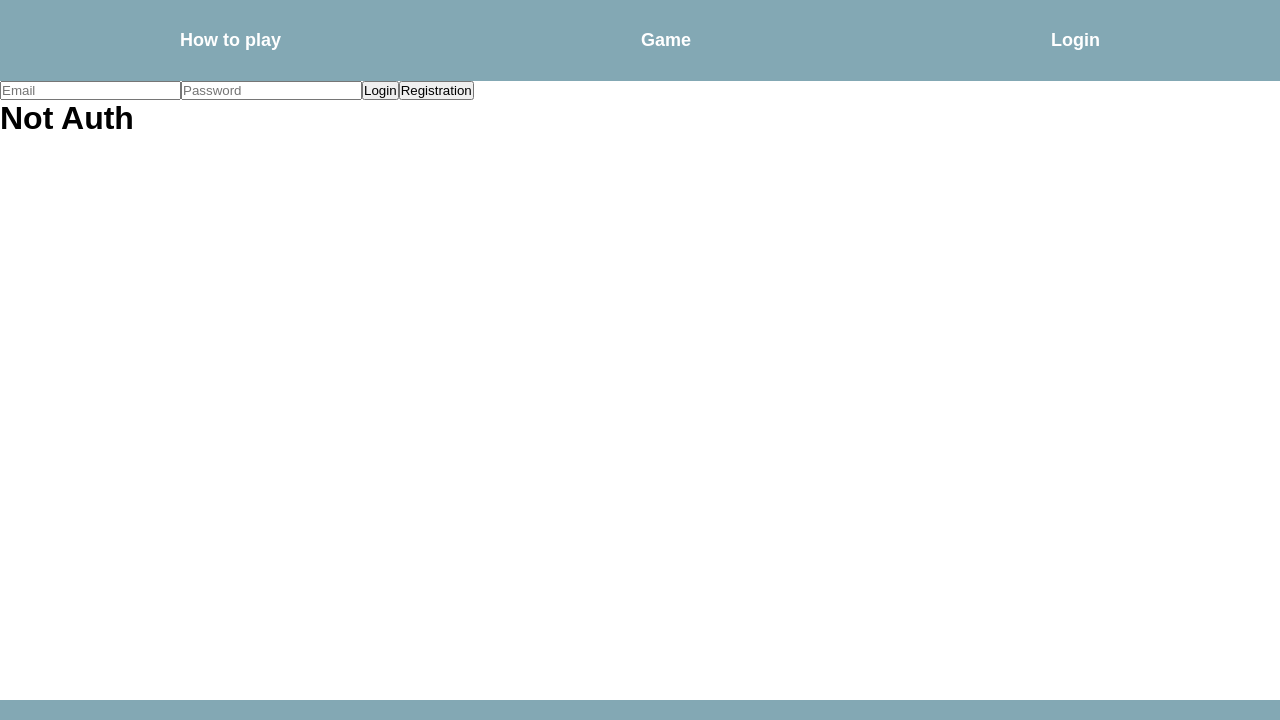
Repository: nika-otter/2048
Page: /login (app in client/)
The author's editor kept a copy of each file at every save. The page is drawn from the files as they stood at one save, then again after the next save.
The browser window is 1280 px wide. The pictures show the whole page.
The project was rebuilt for these pictures with package versions that can differ from the ones it lists, and the page was loaded fresh each time. Also part of the build but not shown: client/src/pages/account/index.jsx, client/src/components/GamePage/GamePage.module.scss, client/src/components/ScoreTable/ScoreTable.module.scss, client/src/components/ScoreTable/ScoreTable.jsx, client/src/components/Game/Tile.jsx, client/src/components/Game/Cell.jsx, client/src/helper/index.js, client/src/hooks/useEvent.jsx and 9 more.

Above is the page before, as saved 2023-04-30 17:52:48.

### client/src/index.js
import React from "react";
import ReactDOM from "react-dom/client";
import "./index.css";
import App from "./App";
import { BrowserRouter } from "react-router-dom";
import Store from "./store/store";

const store = new Store();

export const Context = React.createContext({
  store,
});

const root = ReactDOM.createRoot(document.getElementById("root"));
root.render(
  <Context.Provider value={{ store }}>
    <BrowserRouter>
      <App />
    </BrowserRouter>
  </Context.Provider>
);

### client/src/index.css
* {
  box-sizing: border-box;
  margin: 0;
  padding: 0;
}
#root {
  width: 100vw;
  height: 100%;
}

body {
  /* background-color: #ffffff;
  display: flex;
  justify-content: center;
  align-items: center;*/
  /* height: 100vh; */
  height: 100%;
}
html {
  height: 100%;
}
code {
  font-family: source-code-pro, Menlo, Monaco, Consolas, "Courier New",
    monospace;
}

### client/src/App.js
import { useContext, useEffect, useState } from "react";
import "./App.css";
import LoginForm from "./components/Login/LoginForm";
import AppRouter from "./router/AppRouter";
import { Context } from "./index";
import { observer } from "mobx-react-lite";
import UserService from "./services/UserService";
function App() {
  // const { store } = useContext(Context);
  // const [users, setUsers] = useState([]);
  // useEffect(() => {
  //   if (localStorage.getItem("token")) {
  //     // console.log(localStorage.getItem("token"));
  //     store.checkAuth();
  //   }
  // }, []);

  // if (store.isLoading) {
  //   return <div>Loading...</div>;
  // }
  // async function getUsers() {
  //   try {
  //     const response = await UserService.fetchUsers();
  //     setUsers(response.data);
  //     console.log(response);
  //     setUsers(response.data);
  //   } catch {}
  // }
  return (
    <div className="App">
      <AppRouter />
      {/* <h1>{store.isAuth ? `User: ${store.user.email}` : "Not Auth"}</h1>
      <h1>
        {" "}
        {store.user.isActivated ? `Activated` : "Go and activate your email"}
      </h1>
      <button onClick={() => store.logout()}>Logout</button>
      <button onClick={getUsers}>Get users</button>
      {users.map((user) => (
        <div key={user.email}>{user.email}</div>
      ))}      */}
      {/* <LoginForm /> */}
    </div>
  );
}

export default observer(App);

### client/src/store/store.js
import { makeAutoObservable } from "mobx";
import AuthService from "../services/AuthService";
import axios from "axios";
import { API_URL } from "../http";
import UserService from "../services/UserService";

export default class Store {
  user = {};
  isAuth = false;
  isLoading = false;
  scores = {};
  constructor() {
    makeAutoObservable(this);
  }
  setAuth(bool) {
    this.isAuth = bool;
  }
  setUser(user) {
    this.user = user;
  }

  setLoading(bool) {
    this.isLoading = bool;
  }

  setScores(scores) {
    this.scores = scores;
  }

  async login(email, password) {
    console.log("login");
    try {
      const response = await AuthService.login(email, password);
      console.log(response);
      localStorage.setItem("token", response.data.accessToken);
      this.setAuth(true);
      this.setUser(response.data.user);
      console.log(response.data.user);
    } catch (e) {
      console.log(e.response?.data?.message);
    }
  }

  async registration(email, password) {
    try {
      const response = await AuthService.registration(email, password);
      console.log(response);
      localStorage.setItem("token", response.data.accessToken);
      this.setAuth(true);
      this.setUser(response.data.user);
    } catch (e) {
      console.log(e.response?.data?.message);
    }
  }

  async logout() {
    try {
      const response = await AuthService.logout();
      console.log(response);
      localStorage.removeItem("token", response.data.accessToken);
      this.setAuth(false);
      this.setUser({});
    } catch (e) {
      console.log(e.response?.data?.message);
    }
  }

  async checkAuth() {
    console.log("checkAuth");
    this.setLoading(true);
    try {
      const response = await axios.get(`${API_URL}/refresh`, {
        withCredentials: true,
      });
      console.log(response, "response checkAuth");
      console.log(
        response.data.accessToken,
        "response.data.accessToken checkAuth"
      );
      localStorage.setItem("token", response.data.accessToken);

      this.setAuth(true);
      this.setUser(response.data.user);
    } catch (e) {
      console.log(e.response?.data?.message);
    } finally {
      this.setLoading(false);
    }
  }

  async saveScore(email, score) {
    try {
      const response = await UserService.updateScore(email, score);
      //   this.scores = response.data.user.scores;
      console.log(response.data.user.scores);
    } catch (e) {
      console.log(e.response?.data?.message);
    }
  }
  async getScores(email) {
    this.setLoading(true);
    try {
      const response = await UserService.getScores(email);
      console.log(response, "response getScores store");
      this.setScores(response.data.user.scores);
      //   console.log(response.data.user.scores);
    } catch (e) {
      console.log(e.response?.data?.message);
    } finally {
      // this.setLoading(false);
    }
  }
}

### client/src/App.css
.App {
  /* position: relative; */
  display: flex;
  flex-direction: column;
  height: 100%;
  /* background-color: rgb(188, 121, 39); */
}
/* main {
  flex: 1 0 auto;
} */

### client/src/components/Login/LoginForm.js
import React, { useContext, useState } from "react";
import { Context } from "../../index";
import { observer } from "mobx-react-lite";

const LoginForm = () => {
  const [email, setEmail] = useState("");
  const [password, setPassword] = useState("");
  const { store } = useContext(Context);

  return (
    <div>
      <input
        onChange={(e) => setEmail(e.target.value)}
        value={email}
        type="text"
        placeholder="Email"
      />
      <input
        onChange={(e) => setPassword(e.target.value)}
        value={password}
        type="password"
        placeholder="Password"
      />
      <button onClick={() => store.login(email, password)}>Login</button>
      <button onClick={() => store.registration(email, password)}>
        Registration
      </button>
    </div>
  );
};
export default observer(LoginForm);

### client/src/router/AppRouter.jsx
import { Routes, Route } from "react-router-dom";
import Account from "../pages/Account";
import Game from "../pages/Game";
import Instruction from "../pages/Instruction";
import Login from "../pages/Login";

const AppRouter = () => {
  return (
    <Routes>
      {/* <Route path="/game" element={<Game />} /> */}
      {/* <Route path="/account" element={<Account />} /> */}
      <Route path="/how-to-play" element={<Instruction />} />
      <Route path="/" element={<Game />} />
      <Route path="/login" element={<Login />} />
    </Routes>
  );
};

export default AppRouter;

### client/src/services/UserService.js
import $api from "../http";
export default class UserService {
  static fetchUsers() {
    return $api.get("/users");
  }

  static updateScore(email, score) {
    return $api.post(`/score`, { email, score });
  }

  static async getScores(email) {
    return $api.post(`/scores`, { email });
  }
}

### client/src/services/AuthService.js
import $api from "../http";
export default class AuthService {
  static async login(email, password) {
    return $api.post("/login", { email, password });
  }
  static async registration(email, password) {
    return $api.post("/registration", { email, password });
  }
  static async logout() {
    return $api.post("/logout");
  }
}

### client/src/http/index.js
import axios from "axios";

export const API_URL = "http://localhost:5000/api";

const $api = axios.create({
  withCredentials: true,
  baseURL: API_URL,
});

$api.interceptors.request.use((config) => {
  config.headers.Authorization = `Bearer ${localStorage.getItem("token")}`;
  return config;
});

$api.interceptors.response.use(
  (config) => {
    return config;
  },
  async (error) => {
    const originalRequest = error.config;
    if (
      error.response.status === 401 &&
      error.config &&
      !error.config._isRetry
    ) {
      originalRequest._isRetry = true;
      try {
        const response = await axios.get(`${API_URL}/refresh`, {
          withCredentials: true,
        });
        console.log(response, "response http");
        localStorage.setItem("token", response.data.accessToken);
        return $api.request(originalRequest);
      } catch (e) {
        console.log(e);
        console.log("НЕ АВТОРИЗОВАН");
      }
    }
    throw error;
  }
);
export default $api;

### client/src/pages/Login/index.jsx
import { useContext, useEffect, useState } from "react";
import Header from "../../components/Header/Header";
import LoginForm from "../../components/Login/LoginForm";
import { Context } from "../..";
import UserService from "../../services/UserService";
import { observer } from "mobx-react-lite";
import Footer from "../../components/Footer/Footer";
import LoginPage from "../../components/LoginPage/LoginPage";

function Login() {
  // const { store } = useContext(Context);
  // const [users, setUsers] = useState([]);
  // const [scores, setScores] = useState([]);
  // // console.log(store.user.scores, "store.user from login index.jsx");

  // useEffect(() => {
  //   if (localStorage.getItem("token")) {
  //     console.log(localStorage.getItem("token"), "token from login index.jsx");
  //     store.checkAuth();
  //   }
  // }, []);

  // if (store.isLoading) {
  //   return <div>Loading...</div>;
  // }
  // async function getUsers() {
  //   try {
  //     const response = await UserService.fetchUsers();
  //     // setUsers(response.data);
  //     console.log(response);
  //     setUsers(response.data);
  //   } catch (e) {
  //     console.log(e, "Error");
  //   }
  // }

  // async function getScores(email) {
  //   console.log(email, "email from getScores");
  //   try {
  //     const response = await UserService.getScores(email);
  //     // setUsers(response.data);
  //     console.log(response, "response from getScores");
  //     // console.log(response.data.data.user.scores, "response.data.user.scores");
  //     setScores(response.data.scores);
  //   } catch (e) {
  //     console.log(e, "Error");
  //   }
  // }
  return (
    <>
      <LoginPage />
    </>
  );
}

export default observer(Login);

### client/src/components/Footer/Footer.jsx
import classes from "./Footer.module.scss";

function Footer() {
  return <footer className={classes.footer}></footer>;
}

export default Footer;

### client/src/components/Header/Header.jsx
import { Link } from "react-router-dom";
import classes from "./Header.module.scss";

function Header() {
  return (
    <header className={classes.header}>
      <Link className={classes.link} to="/how-to-play">
        How to play
      </Link>
      <Link className={classes.link} to="/">
        Game
      </Link>
      <Link className={classes.link} to="/login">
        Login
      </Link>
    </header>
  );
}

export default Header;

### client/src/components/LoginPage/LoginPage.jsx
import classes from "./LoginPage.module.scss";
import LoginForm from "../Login/LoginForm";
import { useContext, useEffect, useState } from "react";
import { Context } from "../..";
import Header from "../Header/Header";
import Footer from "../Footer/Footer";
import { observer } from "mobx-react-lite";
import LoginInfo from "../Login/LoginInfo";

function LoginPage() {
  //   const { store } = useContext(Context);
  //   //  const [users, setUsers] = useState([]);
  //   //  const [scores, setScores] = useState([]);
  //   // console.log(store.user.scores, "store.user from login index.jsx");

  //   useEffect(() => {
  //     if (localStorage.getItem("token")) {
  //       console.log(localStorage.getItem("token"), "token from login index.jsx");
  //       store.checkAuth();
  //     }
  //   }, []);

  //   if (store.isLoading) {
  //     return <div>Loading...</div>;
  //   }
  return (
    <>
      <Header />
      <main className={classes.main}>
        {/* <LoginForm /> */}
        <LoginInfo />
      </main>
      <Footer />
    </>
  );
}

export default observer(LoginPage);

### client/src/components/Footer/Footer.module.scss
.footer {
  flex: 0 0 auto;
  height: 20px;
  background-color: rgb(131, 168, 180);
  width: 100%;
}

### client/src/components/Header/Header.module.scss
.header {
  display: flex;
  justify-content: space-around;
  background-color: #83a8b4;
  width: 100%;
}
.link {
  color: white;
  text-decoration: none;
  font-size: large;
  margin-top: 20px;
  margin-bottom: 20px;
  padding: 10px;
  font-weight: bold;
  border-radius: 5px;
  &:hover {
    color: rgb(106, 134, 144);
    background-color: rgb(255, 255, 255);
  }
}

### client/src/components/LoginPage/LoginPage.module.scss
.main {
  flex: 1 0 auto;
}

### client/src/components/Login/LoginInfo.jsx
// import classes from "./LoginPage.module.scss";
import LoginForm from "../Login/LoginForm";
import { useContext, useEffect, useState } from "react";
import { Context } from "../..";
import Header from "../Header/Header";
import Footer from "../Footer/Footer";
import { observer } from "mobx-react-lite";

function LoginInfo() {
  const { store } = useContext(Context);

  useEffect(() => {
    if (localStorage.getItem("token")) {
      console.log(localStorage.getItem("token"), "token from login index.jsx");
      store.checkAuth();
    }
  }, []);

  if (store.isLoading) {
    return <div>Loading...</div>;
  }
  return (
    <>
      {store.isAuth ? <></> : <LoginForm />}

      <h1>{store.isAuth ? `User: ${store.user.email}` : "Not Auth"}</h1>
      <h1>
        {store.isAuth ? (
          <>
            {store.user.isActivated
              ? `Activated`
              : "Go and activate your email"}
          </>
        ) : (
          <></>
        )}
      </h1>
      {store.isAuth ? (
        <button onClick={() => store.logout()}>Logout</button>
      ) : (
        <> </>
      )}
    </>
  );
}

export default observer(LoginInfo);

### client/src/components/Game/Board.scss
// @font-face {
//   font-family: "Clear Sans";
//   src: url("../src/clear-sans.ttf") format("truetype");
// }

body {
  display: flex;
  //   background: rgb(2,0,36);
  // background: linear-gradient(90deg, rgba(2,0,36,1) 0%, rgba(87,64,124,1) 47%, rgba(0,212,255,1) 100%);
  //   color: white;
  // flex-direction: column;
  // justify-content: center;
  // align-content: center;
  // align-items: center;
  font-family: "Clear Sans", sans-serif;
  // font-size: 21px;
}

.text {
  // order: 2;
  // padding-top: 40px;
  // width: 440px;
  // font-weight: bold;
}
// main {
//   min-height: 90vh;
// }

// .wrapper {
//   display: flex;
//   flex-direction: column;
//   height: 100%;
// }
// .content {
//   flex: 1 0 auto;
// }
// .footer {
//   flex: 0 0 auto;
// }

.board {
  // order: 1;
  // display: inline-block;

  display: block;
  // justify-content: center;
  margin-left: auto;
  margin-right: auto;
  width: 440px;
  height: 440px;
  // padding: 5px; //вернути треба
  background-color: rgb(131, 168, 180);
  border-radius: 3px;
  // outline: none;
  position: relative;
}

// .board .cell,
// .tile {
//   // user-select: none;
//   // cursor: default;
// }

.details-box {
  display: flex;
  align-items: center;
  padding: 10px;
  justify-content: space-between;
}

.resetButton {
  background-color: rgb(131, 168, 180);
  color: rgb(255, 255, 255);
  cursor: pointer;
  font-size: 25px;
  // padding: 10px 20px;
  border-radius: 3px;
  transition: color 0.3s ease, background-color 0.3s ease;
  &:hover {
    background-color: rgb(131, 168, 180);
    color: rgba(255, 255, 255, 1);
  }
}

.score-header {
  font-size: 1rem;
}

.score-box {
  background-color: rgb(131, 168, 180) 6;
  color: rgb(129, 2, 2);
  // min-width: 50px;
  // width: 70px;
  // padding: 5px 15px;
  border-radius: 3px;
}

.cell,
.tile {
  // display: inline-block;
  width: 100px;
  height: 100px;
  margin: 5px;
  // line-height: 90px;
  display: inline-block;
  font-size: 55px;
  font-weight: bold;
  text-align: center;
  vertical-align: middle;
  border-radius: 3px;
  font-family: "Clear Sans";
  color: rgb(8, 4, 4);
  background-color: rgb(224, 236, 240);
}

.tile0 {
  background-color: rgb(238, 247, 249);
}

.tile2 {
  background-color: rgb(224, 240, 245);
  // background-image: url(./assets/img/2.gif);
}

.tile4 {
  background-color: rgb(199, 221, 228);
  // background-image: url(./assets/img/4.gif);
}

.tile8 {
  background-color: rgb(187, 212, 220);
  // background-image: url(./assets/img/8.gif);
}

.tile16 {
  background-color: rgb(171, 195, 203);
  // background-image: url(./assets/img/16.gif);
}

.tile32 {
  background-color: rgb(140, 165, 174);
  // background-image: url(./assets/img/32.gif);
}

.tile64 {
  background-color: rgb(116, 144, 153);
  // background-image: url(./assets/img/64.gif);
}

.tile128 {
  background-color: rgb(98, 125, 134);
  // background-image: url(./assets/img/128.gif);
}

.tile256 {
  background-color: rgb(71, 91, 98);
  // background-image: url(./assets/img/256.gif);
  font-size: 45px;
}

.tile512 {
  background-color: rgb(45, 68, 75);
  // background-image: url(./assets/img/512.gif);
  font-size: 45px;
}

.tile1024 {
  background-color: rgb(40, 68, 78);
  // background-image: url(./assets/img/1024.gif);
  font-size: 35px;
}

.tile2048 {
  position: absolute;
  background-size: contain;
  left: 0;
  right: 0;
  top: 0;
  bottom: 0;
  padding: 0px;
  background-color: rgb(12, 42, 52);
  // background-image: url(./assets/img/2048.gif);
  font-size: 35px;
}

.try-again {
  z-index: 10;
  height: 100px;
  width: 100px;
  // background-image: url(./assets/img/try-again.gif);
}

.tile {
  position: absolute;
}

.tile.merged {
  display: none;
}

// .tile.merged.isMoving {
//   display: inline;
// }

.tile.new {
  animation-duration: 0.3s;
  animation-name: newTile;
  animation-fill-mode: forwards;
  // animation-delay: 0.15s;
  transform: scale(0);
}
// .tile.random {
//   animation-duration: 3s;
//   animation-name: newTile;
//   animation-fill-mode: forwards;
//   // animation-delay: 0.15s;
//   transform: scale(0);
// }

@keyframes newTile {
  from {
    transform: scale(0);
  }
  to {
    transform: scale(1);
  }
}

// .overlay {
//   position: absolute;
//   top: 0px;
//   bottom: 0px;
//   display: flex;
//   flex-direction: column;
//   align-items: center;
//   justify-content: center;
//   text-align: center;
//   left: 0px;
//   right: 0px;
//   font-size: 55px;
//   font-weight: bolder;
//   border-radius: 7px;
// }

// .tryAgain {
//   background-color: #876;
//   color: #fff;
//   height: 40px;
//   width: 200px;
//   font-size: 20px;
//   font-weight: bold;
//   cursor: pointer;
//   border: none;
//   border-radius: 5px;
//   border: 2px solid white;
// }

// .gameOver {
//   background-size: contain;
//   background-image: url(./assets/img/game-over.gif);
//   position: absolute;
//   top: 0;
//   right: 0;
//   bottom: 0;
//   left: 0;
//   z-index: 100;
//   text-align: center;
// }

.overlay .message {
  color: #666;
}

@for $row from 0 through 3 {
  @for $column from 0 through 3 {
    .position_#{$row}_#{$column}:not(.isMoving) {
      top: 110px * $row;
      left: 110px * $column;
    }
  }
}

@for $fromRow from 0 through 3 {
  @for $toRow from 0 through 3 {
    $name: row_from_#{$fromRow}_to_#{$toRow};

    @if $fromRow == $toRow {
      .#{$name} {
        top: 110px * $toRow;
      }
    } @else {
      .#{$name} {
        animation-duration: 0.2s;
        animation-name: $name;
        animation-fill-mode: forwards;
      }

      @keyframes #{$name} {
        from {
          top: 110px * $fromRow;
        }
        to {
          top: 110px * $toRow;
        }
      }
    }
  }
}

@for $fromColumn from 0 through 3 {
  @for $toColumn from 0 through 3 {
    $name: column_from_#{$fromColumn}_to_#{$toColumn};

    @if $fromColumn == $toColumn {
      .#{$name} {
        left: 110px * $toColumn;
      }
    } @else {
      .#{$name} {
        animation-duration: 0.2s;
        animation-name: $name;
        animation-fill-mode: forwards;
      }

      @keyframes #{$name} {
        from {
          left: 110px * $fromColumn;
        }
        to {
          left: 110px * $toColumn;
        }
      }
    }
  }
}

Loaded but not shown: client/public/index.html (common file)

After the next save:
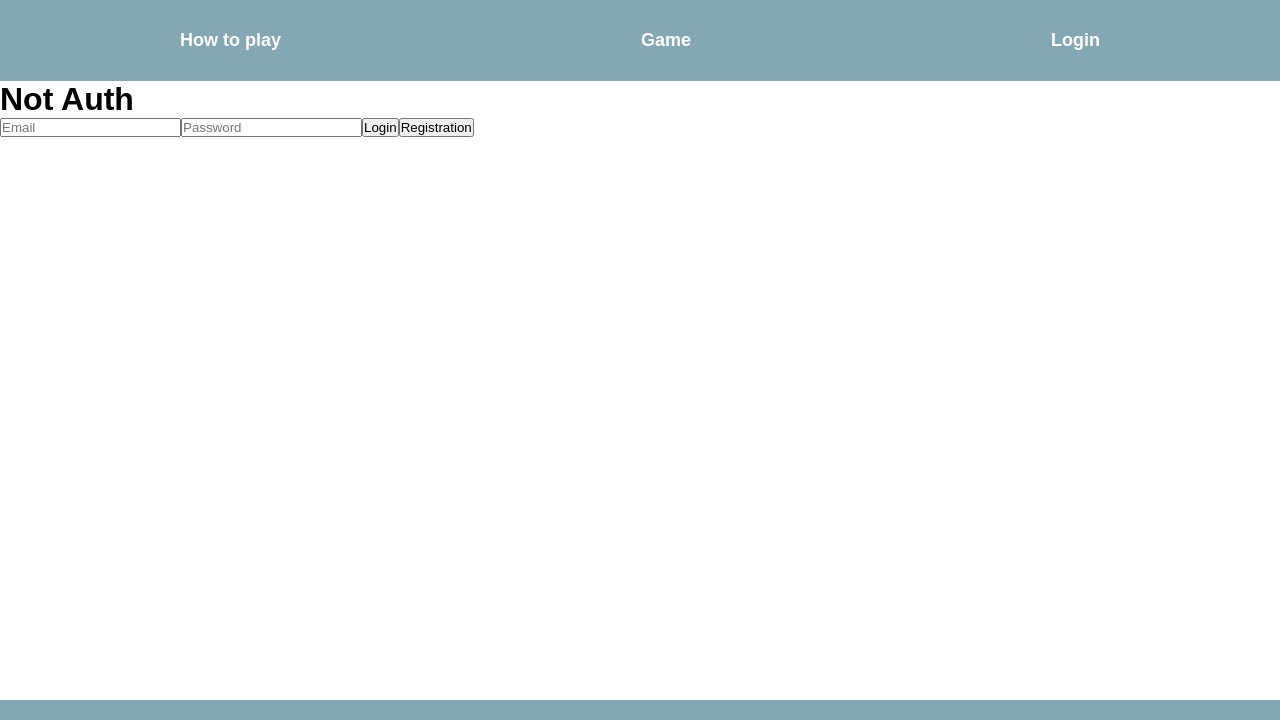
Saved 22 s later.
--- a/client/src/components/Login/LoginInfo.jsx
+++ b/client/src/components/Login/LoginInfo.jsx
@@ -21,9 +21,8 @@ function LoginInfo() {
   }
   return (
     <>
+      <h1>{store.isAuth ? `User: ${store.user.email}` : "Not Auth"}</h1>
       {store.isAuth ? <></> : <LoginForm />}
-
-      <h1>{store.isAuth ? `User: ${store.user.email}` : "Not Auth"}</h1>
       <h1>
         {store.isAuth ? (
           <>
